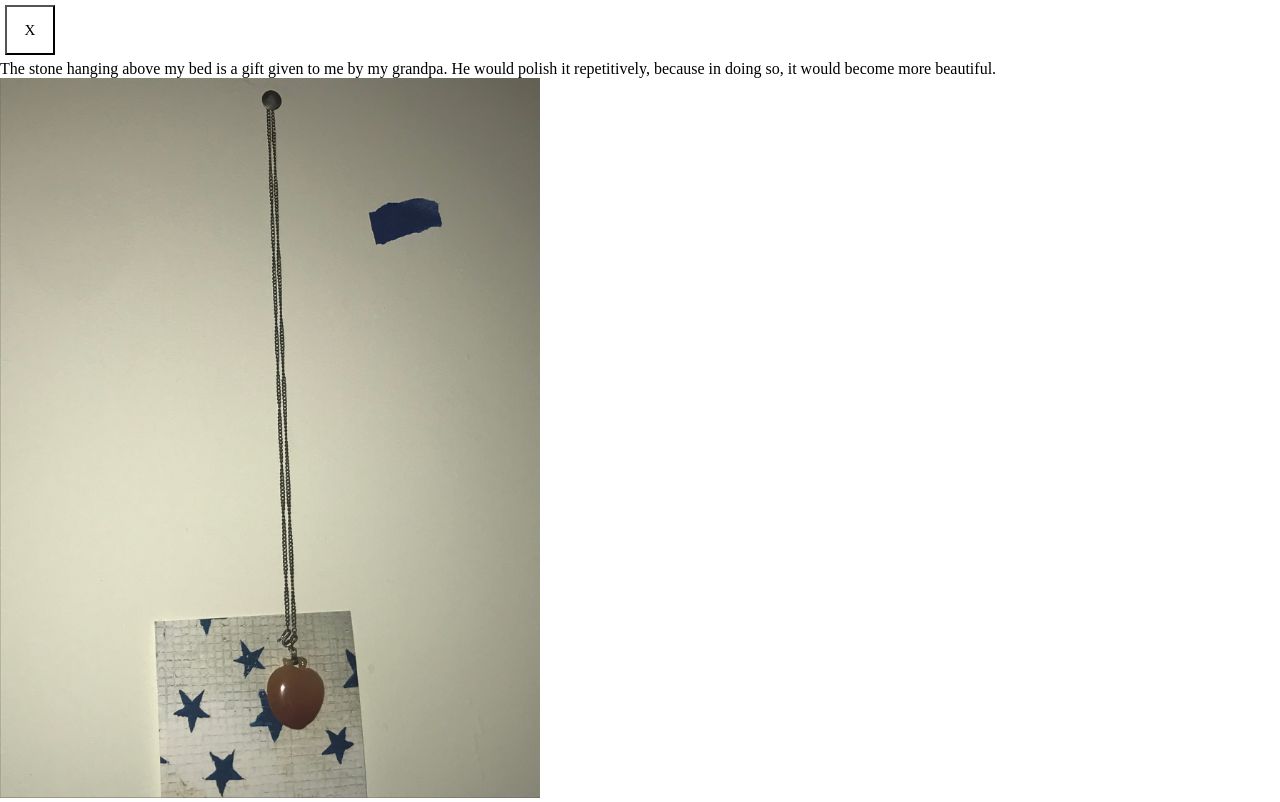
Repository: xuc009/assignment-4
Page: what.html
The author's editor kept a copy of each file at every save. The page is drawn from the files as they stood at one save, then again after the next save.
The browser window is 1280 px wide. The pictures show the whole page.

Above is the page before, as saved 2019-12-11 16:17:49.
Console error: TypeError: Cannot read properties of null (reading 'addEventListener')

### what.html
<!DOCTYPE html>
<html>
<head>
	<meta charset="utf-8">
	<meta name="viewport" content="width=device-width, initial-scale=1, minimum-scale=1.0, user-scalable=no">
	<title>thing above my bed</title>
	<link rel="stylesheet" type="text/css" href="assets/style.css">
	<script type="text/javascript" src="assets/storageAvailable.js"></script>
	<script type="text/javascript" src="assets/script2.js"></script>
	<script src="assets/timeme.min.js"></script>

</head>
<body>

	<a href="index.html"><button id="question">X</button>
	</a>

	<div id="description">
		<p>The stone hanging above my bed is a gift given to me by my grandpa. He would polish it repetitively, because in doing so, it would become more beautiful. </p>
	</div>

	<img src="assets/stone.jpg">

</body>
</html>

### assets/style.css
*{
	padding: 0;
	margin: 0;
}

#root{
	background-color: magenta;
	width: 100vw;
	height: 100vh;
	position: absolute;
	top: 50%;
	left: 50%;
	transform: translate(-50%, -50%);
	z-index: 9;
}

#background{
	height: 100vh;
	width: 100vw;
	background-color: magenta;
	z-index: -4;
}

#question{
	background-color: white;
	width: 50px;
	height: 50px;
	z-index: 10;
	color: black;
	font-family: 'Times New Roman', Times, serif;
	font-size: 15px;
	margin: 5px;
}

img{
	height: 100vh;
	rotate: 90;
}

### assets/storageAvailable.js
function storageAvailable(type) {
    var storage;
    try {
        storage = window[type];
        var x = '__storage_test__';
        storage.setItem(x, x);
        storage.removeItem(x);
        return true;
    }
    catch(e) {
        return e instanceof DOMException && (
            // everything except Firefox
            e.code === 22 ||
            // Firefox
            e.code === 1014 ||
            // test name field too, because code might not be present
            // everything except Firefox
            e.name === 'QuotaExceededError' ||
            // Firefox
            e.name === 'NS_ERROR_DOM_QUOTA_REACHED') &&
            // acknowledge QuotaExceededError only if there's something already stored
            (storage && storage.length !== 0);
    }
}

### assets/script2.js
console.log("local storage demo file");

var checkForItems = function () {
	if (!storageAvailable('localStorage')) { return; } // if we can use localStorage, don't return


	if (localStorage.getItem('background')) {
		// if item exists:
		console.log("yes!")
		var newColor = localStorage.getItem('background');
		// convert item?

		// apply item data to site:
		document.getElementById("root").style.backgroundColor = newColor;

	}
	else {
		console.log("no");
	}

	if (localStorage.getItem("count")) {
		count = parseInt(localStorage.getItem("count"));

		// update the css of the stone for wherever it was left off

	}

	if (localStorage.getItem("size")) {
		var size = localStorage.getItem("size");
		size = parseInt(size);

		// update the css of the stone for wherever it was left off
		document.getElementById("root").style.height = `${size}px`;
		document.getElementById("root").style.width = `${size}px`;
	}

	if (localStorage.getItem("borderRadius")) {
		var borderRadius = parseInt(localStorage.getItem("borderRadius"));
		// update the css of the stone for wherever it was left off
		document.getElementById("root").style.borderRadius = `${borderRadius}%`;
	}

	if (localStorage.getItem("width")){
		var width = parseInt(localStorage.getItem("width"));
		console.log("yes width");
		// update the css of the stone for wherever it was left off
		document.getElementById("root").style.width = `${width}px`;
	}

	if (localStorage.getItem("height")){
		var width = parseInt(localStorage.getItem("height"));
		console.log("yes height");
		// update the css of the stone for wherever it was left off
		document.getElementById("root").style.height = `${width}px`;
	}
}



// var saveUserInfo = function(){


// 	})

// 	TimeMe.initialize({
// 		currentPageName: "my-home-page", // current page
// 		idleTimeoutInSeconds: 30 // seconds
// 		});

// 		// ... Some time later ...

// 		// Retrieve time spent on current page
// 		var timeSpentOnPage = TimeMe.getTimeOnCurrentPageInSeconds();
// 		console.log("time:", timeSpentOnPage);

// 		TimeMe.callAfterTimeElapsedInSeconds(15, function(){
// 			console.log("The user has been actively using the page for 15 seconds! Let's prompt them with something.");

// 			newRed=255;
// 			newBlue=0;
// 			newGreen=0;

// 			var newColor = `rgb(${newRed}, ${newGreen}, ${newBlue})`
// 			localStorage.setItem('background', newColor);
// 			document.getElementById("root").style.backgroundColor= newColor;
// 		});

// }


// once content has been loaded
window.addEventListener('DOMContentLoaded', function () {
	checkForItems();
	// saveUserInfo(); // run saving user info
	stoneInteraction();
});



var red, blue, green, borderRadius;

//here:
// update count variable based off of localstorage item



var count = 0;
count = parseInt(count);

var colorChange = function (){

	var myDiv = document.getElementById("root");
	var goingup = true;
	var greenGoingup = true;
	var blueGoingup = true;

	myDiv.addEventListener('mousemove', function () {
		var currentColor = myDiv.style.backgroundColor;
		console.log(myDiv.style.backgroundColor);

		currentColor = currentColor.substring(4, currentColor.length - 1)
			.replace(/ /g, '')
			.split(',');

		console.log("current color:", currentColor);

		var red = currentColor[0];
		red = parseInt(red);
		var green = currentColor[1];
		green = parseInt(green);
		var blue = currentColor[2];
		blue = parseInt(blue);


		//var newRed = red + 1;
		var newGreen = green - 2;
		var newBlue = blue + 1;



		//RED
		if (goingup === true) {
			newRed = red + 2;
			console.log("going up", newRed)
			console.log (goingup)
			if (red >= 255) {
				goingup = false
			}
		} else {
			newRed = red - 2;
			if (red <= 0) {
				goingup = true;
			}
		}
		//GREEN
		if (greenGoingup === true) {
			newGreen = green + 6;
			if (green >= 255) {
				greenGoingup = false
			}
		} else {
			newGreen = green - 6;
			if (green <= 0) {
				greenGoingup = true;
			}
		}
		//BLUE
		if (blueGoingup === true) {
			newGreen = blue + 9;
			// console.log("going up", newRed)
			if (blue >= 255) {
				blueGoingup = false
			}
		} else {
			newBlue = blue - 9;
			// console.log("going down", newRed)
			if (blue <= 0) {
				blueGoingup = true;
			}
		}

		var newColor = `rgb(${newRed}, ${newGreen}, ${newBlue})`


		// save or overwrite item:
		localStorage.setItem('background', newColor);


		// update site:
		myDiv.style.backgroundColor = newColor;

	})

}

var stoneInteraction = function () {

	var myDiv = document.getElementById("root");

	myDiv.addEventListener("mouseenter", function () {

		count++;
		localStorage.setItem('count', count);
		console.log("count:", count);

		if (count > 0 && count <= 200) {
			colorChange();
		}else if (count > 200 && count <= 400) {
			//DECREASE TO SQUARE
				myDiv.addEventListener("mouseover", function () {
					var currentSize = myDiv.offsetWidth;
					currentSize = parseInt(currentSize);
					console.log("current size:", currentSize);
					var newSize = currentSize - .5;
					console.log("NEW size:", newSize)
					// save or overwrite item:
					localStorage.setItem('size', newSize);

					// update site:
					myDiv.style.height = `${newSize}px`;
					myDiv.style.width = `${newSize}px`;
				})

		} else if (count >= 400 && count < 800){
			//ROUND UNTIL CIRCULAR
			var newBorderRadius = (count / 100) * 5 + "%";
			console.log("border radius:", myDiv.style.borderRadius);
			localStorage.setItem('borderRadius', newBorderRadius);
			myDiv.style.borderRadius = newBorderRadius;

		} else if (count >= 800 && count < 1500) {
			//lengthen and flatten until line
			localStorage.setItem('borderRadius', 50 + "%");
			var newWidth = myDiv.offsetWidth + (count/50) + "px";
			var newHeight = myDiv.offsetHeight - (count/150) + "px";
			myDiv.style.width = `${newWidth}`;
			myDiv.style.height = `${newHeight}`;
			console.log(newHeight);
			localStorage.setItem(`height`, newHeight);
			localStorage.setItem('width', newWidth);
		} else if (count >= 1500 && count < 4000) {
			//line sinks
			var background = document.getElementById("background");
			background.style.backgroundColor=red;
			localStorage.setItem(`height`, 10 +"px");
			localStorage.setItem(`width`, 10 +"px");
			var newTopPosition = myDiv.offsetTop + 10 + "px";
			console.log("top",myDiv.offsetTop);
			myDiv.style.top = newTopPosition;
			localStorage.setItem('topPositon', newTopPosition);
		} else if (count >= 4000 && count < 5000)
			//line refils with a background interaction??
			localStorage.setItem("width", 100 +"vw");
			var newHeightLarge =myDiv.offsetHeight + 10 + "px";
			myDiv.style.height= newHeightLarge;
		})
	}

Loaded but not shown: assets/timeme.min.js (library)

After the next save:
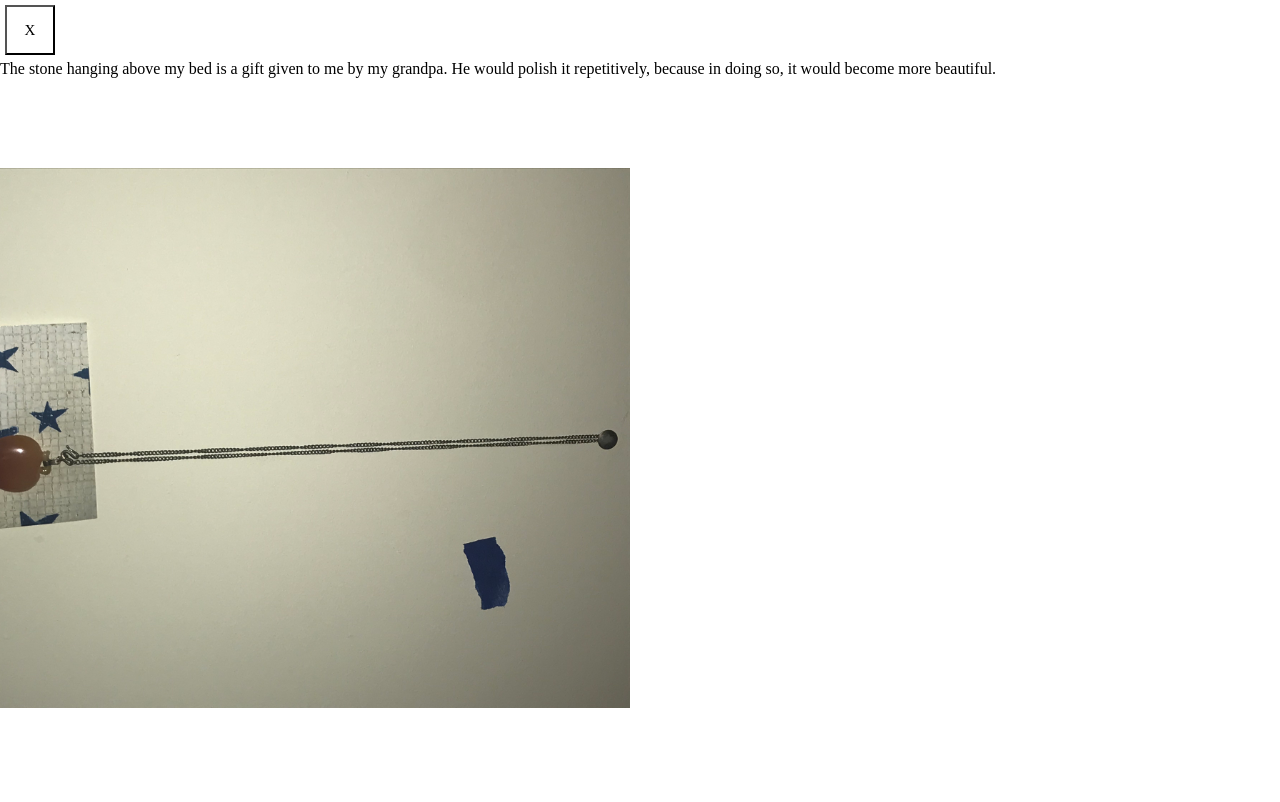
Saved 25 s later.
--- a/assets/style.css
+++ b/assets/style.css
@@ -34,5 +34,5 @@
 
 img{
 	height: 100vh;
-	rotate: 90;
+	transform: rotate(90deg);
 }
